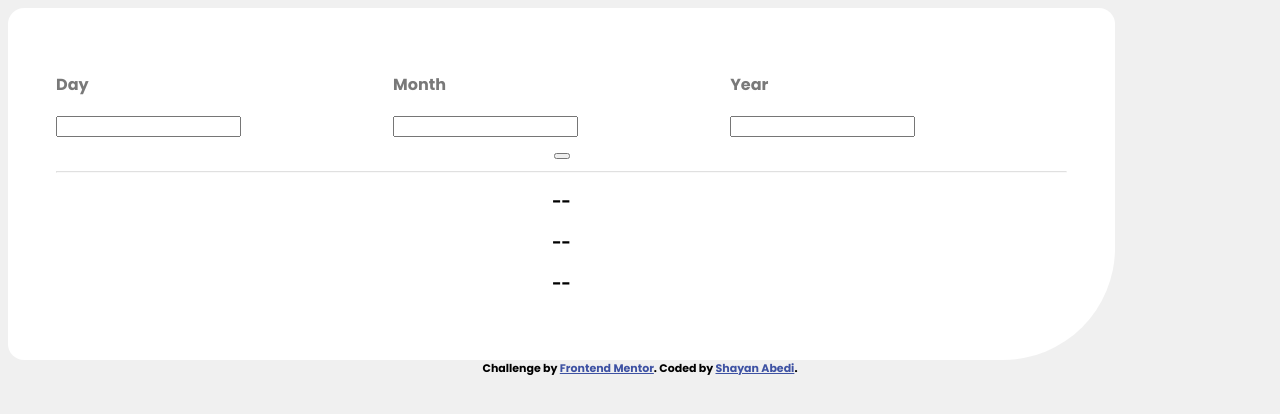
Repository: shayanabedi98/age-calculator
Page: index.html
The author's editor kept a copy of each file at every save. The page is drawn from the files as they stood at one save, then again after the next save.
The browser window is 1280 px wide. The pictures show the whole page.

Above is the page before, as saved 2023-09-18 19:16:49.

After the next save:
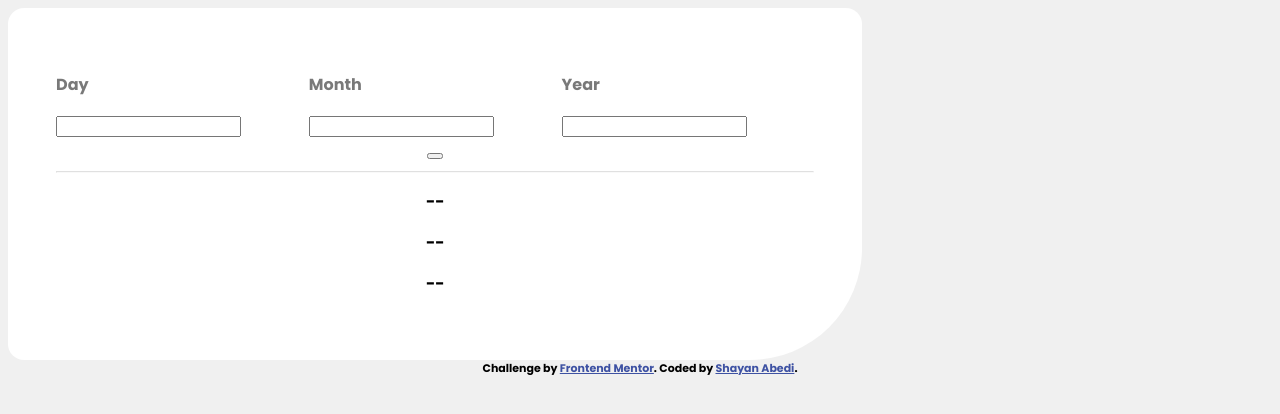
Saved 77 s later.
--- a/styles.css
+++ b/styles.css
@@ -18,7 +18,7 @@ body {
     border-radius: 1em 1em 7em 1em;
     padding: 3em;
     text-align: center;
-    width: 80%;
+    width: 60%;
 }
 
 .dob {
